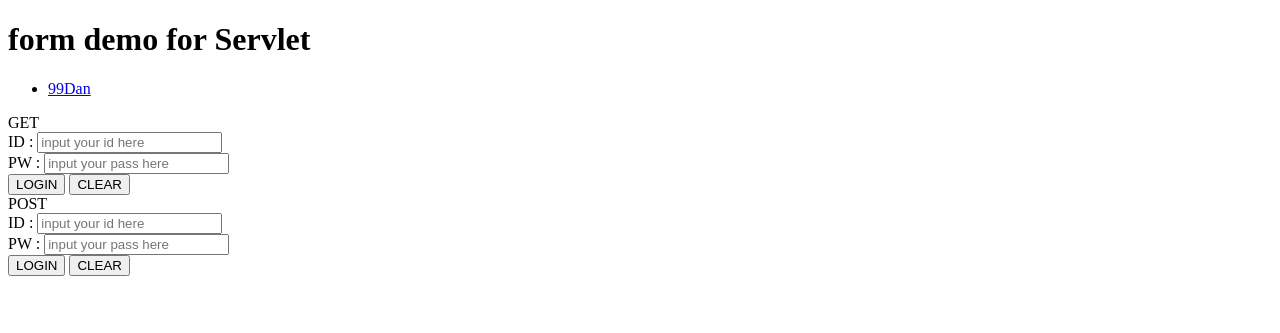
Repository: nguyentruong2303/projectJave
Page: webShop/WebContent/index.html
These files come from the project's save history. The page is drawn as it stood at one moment and after the next save; the edit follows.
The browser window is 1280 px wide. The pictures show the whole page.

Above is the page before, as saved 2020-08-11 03:27:13.

After the next save:
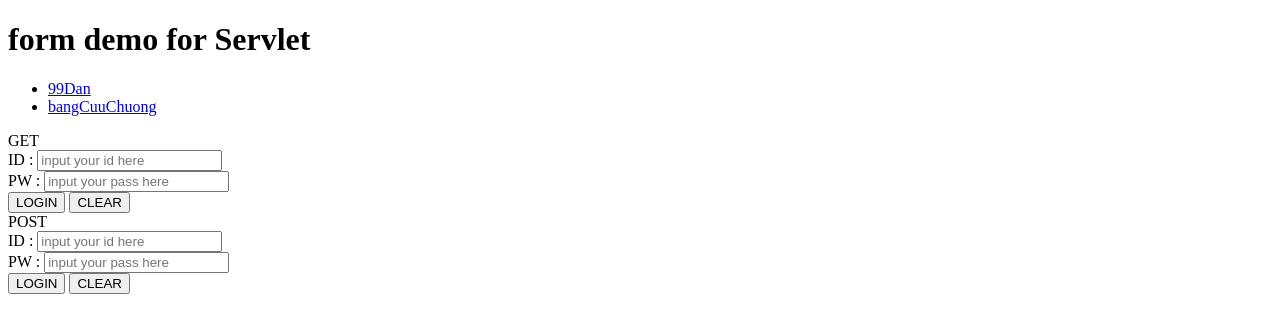
Saved 43 s later.
--- a/webShop/WebContent/index.html
+++ b/webShop/WebContent/index.html
@@ -8,6 +8,7 @@
 	<h1>form demo for Servlet</h1>
 		<ul>
 		<li><a href="99Dan.html">99Dan</a>
+		<li><a href="bangCuuChuong.html">bangCuuChuong</a>
 	</ul>
 <div> GET <br/>
 	<form method="get"action="login1">
